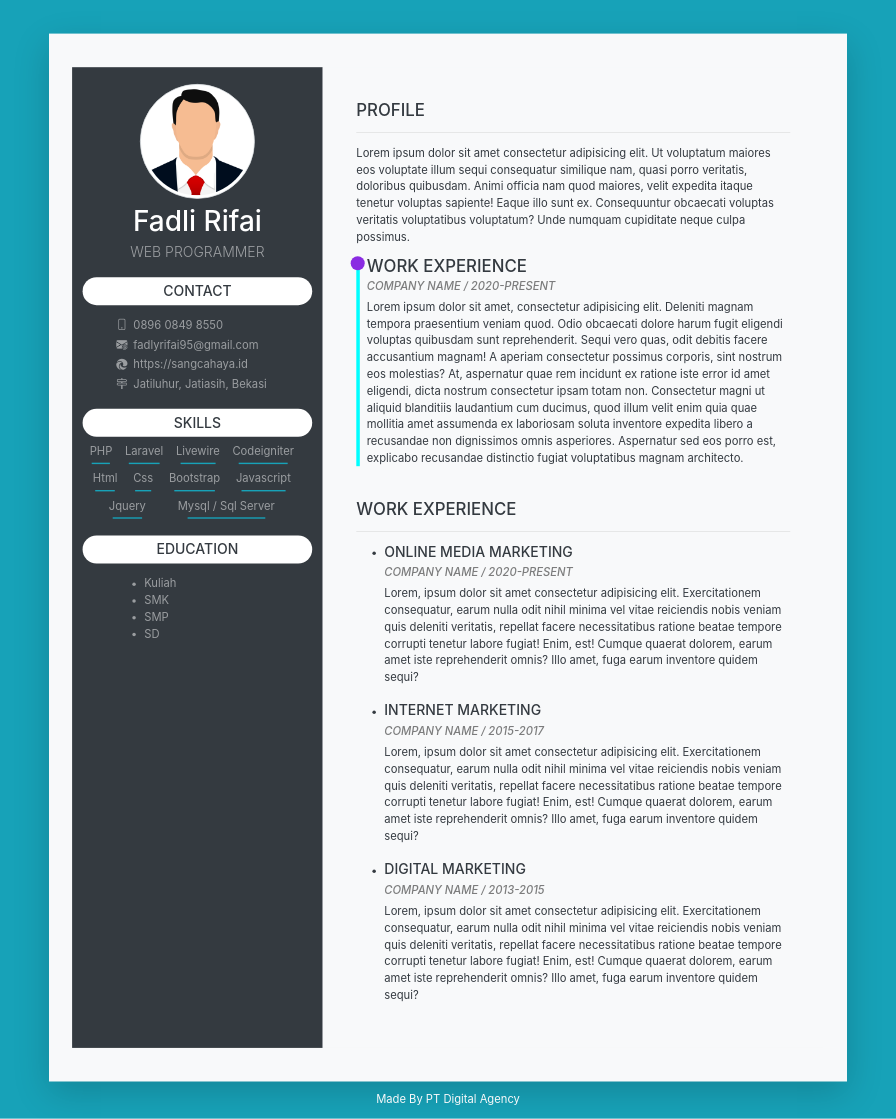
Repository: fadlyyy/fadlyyy.github.io
Page: index.html
The author's editor kept a copy of each file at every save. The page is drawn from the files as they stood at one save, then again after the next save.
The browser window is 1280 px wide. The pictures show the whole page, at 70% of full size.

Above is the page before, as saved 2024-01-31 08:33:00.

### index.html
<!DOCTYPE html>
<html lang="en">

<head>
     <!-- Required meta tags -->
     <meta charset="utf-8" />
     <meta name="viewport" content="width=device-width, initial-scale=1, shrink-to-fit=no" />

     <!-- Bootstrap CSS -->
     <link rel="stylesheet" href="https://cdn.jsdelivr.net/npm/bootstrap@4.6.2/dist/css/bootstrap.min.css"
          integrity="sha384-xOolHFLEh07PJGoPkLv1IbcEPTNtaed2xpHsD9ESMhqIYd0nLMwNLD69Npy4HI+N" crossorigin="anonymous" />

     <!-- Icon -->
     <link rel="stylesheet" href="https://cdn.jsdelivr.net/npm/bootstrap-icons@1.11.3/font/bootstrap-icons.min.css" />

     <link rel="stylesheet" href="style.css" />

     <title>Hello, world!</title>
</head>

<body class="bg-info">
     <div class="container p-5 bg-light mt-5 mb-5 shadow shadow-lg">
          <div class="row">
               <div class="col-lg-4 bg-dark text-white text-center py-4">
                    <div class="header-left">
                         <img src="img/profile.png" alt="" class="img-thumbnail rounded-circle mb-2 w-50 h-50" />
                         <h1 class="display-5">Fadli Rifai</h1>
                         <h4 class="lead text-uppercase text-white-50 mb-4">Web Programmer</h4>
                    </div>

                    <!-- general info -->
                    <div class="general-info">
                         <h5 class="text-uppercase bg-white text-dark py-2 rounded-pill">contact</h5>

                         <ul class="list-unstyled text-white-50 py-2 text-left ml-5">
                              <li class="list-item mb-1">
                                   <p>
                                        <i class="bi bi-phone mr-1"></i> 0896 0849 8550
                                   </p>
                              </li>
                              <li class="list-item mb-1 text-wrap w-75">
                                   <p>
                                        <i class="bi bi-envelope-at-fill mr-1"></i> fadlyrifai95@gmail.com
                                   </p>
                              </li>
                              <li class="list-item mb-1">
                                   <p>
                                        <i class="bi bi-browser-edge mr-1"></i> https://sangcahaya.id
                                   </p>
                              </li>
                              <li class="list-item">
                                   <i class="bi bi-signpost-2 mr-1"></i>
                                   Jatiluhur, Jatiasih, Bekasi
                              </li>
                         </ul>
                    </div>

                    <!-- skills -->
                    <div>
                         <h5 class="text-uppercase bg-white text-dark py-2 rounded-pill">skills</h5>
                         <ul class="list list-unstyled text-white-50 px-2 text-left text-capitalize list-skills">
                              <li class="list-item">PHP</li>
                              <li class="list-item">laravel</li>
                              <li class="list-item">livewire</li>
                              <li class="list-item">codeigniter</li>
                              <li class="list-item">html</li>
                              <li class="list-item">css</li>
                              <li class="list-item">bootstrap</li>
                              <li class="list-item">javascript</li>
                              <li class="list-item">jquery</li>
                              <li class="list-item">mysql / sql server</li>
                         </ul>
                    </div>

                    <!-- educations -->
                    <div>
                         <h5 class="text-uppercase bg-white text-dark py-2 rounded-pill">education</h5>
                         <ul class="list text-white-50 ml-5 py-2 text-left text-capitalize">
                              <li class="list-item">Kuliah</li>
                              <li class="list-item">SMK</li>
                              <li class="list-item">SMP</li>
                              <li class="list-item">SD</li>
                         </ul>
                    </div>
               </div>

               <div class="col-lg-8 bg-light text-dark py-5 px-5 right-side">
                    <div class="header-right">
                         <h4 class="text-uppercase">Profile</h4>
                         <hr />
                         <p>
                              Lorem ipsum dolor sit amet consectetur adipisicing elit. Ut voluptatum maiores eos
                              voluptate illum sequi consequatur similique nam, quasi porro veritatis, doloribus
                              quibusdam. Animi officia nam quod maiores, velit expedita
                              itaque tenetur voluptas sapiente! Eaque illo sunt ex. Consequuntur obcaecati voluptas
                              veritatis voluptatibus voluptatum? Unde numquam cupiditate neque culpa possimus.
                         </p>
                    </div>

                    <div class="work-experience">
                         <div class="list-work">
                              <h4 class="text-uppercase">work experience</h4>
                              <h6 class="text-uppercase text-black-50 font-italic mt-1 mb-2">company name / 2020-present</h6>
                              <p>Lorem ipsum dolor sit amet, consectetur adipisicing elit. Deleniti magnam tempora
                                   praesentium veniam quod. Odio obcaecati dolore harum fugit eligendi voluptas
                                   quibusdam sunt reprehenderit. Sequi vero quas, odit debitis facere accusantium
                                   magnam! A aperiam consectetur possimus corporis, sint nostrum eos molestias? At,
                                   aspernatur quae rem incidunt ex ratione iste error id amet eligendi, dicta nostrum
                                   consectetur ipsam totam non. Consectetur magni ut aliquid blanditiis laudantium cum
                                   ducimus, quod illum velit enim quia quae mollitia amet assumenda ex laboriosam soluta
                                   inventore expedita libero a recusandae non dignissimos omnis asperiores. Aspernatur
                                   sed eos porro est, explicabo recusandae distinctio fugiat voluptatibus magnam
                                   architecto.</p>
                         </div>
                    </div>

                    <div class="mt-5">
                         <h4 class="text-uppercase">work experience</h4>
                         <hr>

                         <ul class="list">
                              <li class="list-item">
                                   <h5 class="display-6 text-uppercase">online media marketing</h5>
                                   <h6 class="text-uppercase text-black-50 font-italic">company name / 2020-present</h6>
                                   <p>Lorem, ipsum dolor sit amet consectetur adipisicing elit. Exercitationem
                                        consequatur, earum nulla odit nihil minima vel vitae reiciendis nobis veniam
                                        quis deleniti veritatis, repellat facere necessitatibus ratione beatae tempore
                                        corrupti tenetur labore fugiat! Enim, est! Cumque quaerat dolorem, earum amet
                                        iste reprehenderit omnis? Illo amet, fuga earum inventore quidem sequi?</p>
                              </li>

                              <li class="list-item mt-4">
                                   <h5 class="display-6 text-uppercase">internet marketing</h5>
                                   <h6 class="text-uppercase text-black-50 font-italic">company name / 2015-2017</h6>
                                   <p>Lorem, ipsum dolor sit amet consectetur adipisicing elit. Exercitationem
                                        consequatur, earum nulla odit nihil minima vel vitae reiciendis nobis veniam
                                        quis deleniti veritatis, repellat facere necessitatibus ratione beatae tempore
                                        corrupti tenetur labore fugiat! Enim, est! Cumque quaerat dolorem, earum amet
                                        iste reprehenderit omnis? Illo amet, fuga earum inventore quidem sequi?</p>
                              </li>

                              <li class="list-item mt-4">
                                   <h5 class="display-6 text-uppercase">digital marketing</h5>
                                   <h6 class="text-uppercase text-black-50 font-italic">company name / 2013-2015</h6>
                                   <p>Lorem, ipsum dolor sit amet consectetur adipisicing elit. Exercitationem
                                        consequatur, earum nulla odit nihil minima vel vitae reiciendis nobis veniam
                                        quis deleniti veritatis, repellat facere necessitatibus ratione beatae tempore
                                        corrupti tenetur labore fugiat! Enim, est! Cumque quaerat dolorem, earum amet
                                        iste reprehenderit omnis? Illo amet, fuga earum inventore quidem sequi?</p>
                              </li>
                         </ul>
                    </div>
               </div>
          </div>
     </div>
     <!-- Optional JavaScript; choose one of the two! -->

     <!-- footer -->
     <div class="footer">
          <p class="text-light text-center text-capitalize" style="margin-top: -35px;">made by PT Digital Agency</p>
     </div>

     <!-- Option 1: jQuery and Bootstrap Bundle (includes Popper) -->
     <script src="https://cdn.jsdelivr.net/npm/jquery@3.5.1/dist/jquery.slim.min.js"
          integrity="sha384-DfXdz2htPH0lsSSs5nCTpuj/zy4C+OGpamoFVy38MVBnE+IbbVYUew+OrCXaRkfj"
          crossorigin="anonymous"></script>
     <script src="https://cdn.jsdelivr.net/npm/bootstrap@4.6.2/dist/js/bootstrap.bundle.min.js"
          integrity="sha384-Fy6S3B9q64WdZWQUiU+q4/2Lc9npb8tCaSX9FK7E8HnRr0Jz8D6OP9dO5Vg3Q9ct"
          crossorigin="anonymous"></script>

     <!-- Option 2: Separate Popper and Bootstrap JS -->
     <!--
    <script src="https://cdn.jsdelivr.net/npm/jquery@3.5.1/dist/jquery.slim.min.js" integrity="sha384-DfXdz2htPH0lsSSs5nCTpuj/zy4C+OGpamoFVy38MVBnE+IbbVYUew+OrCXaRkfj" crossorigin="anonymous"></script>
    <script src="https://cdn.jsdelivr.net/npm/popper.js@1.16.1/dist/umd/popper.min.js" integrity="sha384-9/reFTGAW83EW2RDu2S0VKaIzap3H66lZH81PoYlFhbGU+6BZp6G7niu735Sk7lN" crossorigin="anonymous"></script>
    <script src="https://cdn.jsdelivr.net/npm/bootstrap@4.6.2/dist/js/bootstrap.min.js" integrity="sha384-+sLIOodYLS7CIrQpBjl+C7nPvqq+FbNUBDunl/OZv93DB7Ln/533i8e/mZXLi/P+" crossorigin="anonymous"></script>
    -->
</body>

</html>

### style.css
.general-info ul li p {
    margin: 0;
}

.list-skills {
    display: flex;
    flex-wrap: wrap;
    justify-content: space-evenly;
    align-content: space-around;
}

.list-skills .list-item {
    margin-right: 1rem;
    padding-bottom: .5rem;
}

.list-skills .list-item::after {
    content: '';
    display: block;
    background-color: #17a2b8;
    width: 80%;
    height: 2px;
    margin: auto;
    margin-top: 5px;
}

.work-experience .list-work {
    position: relative;
    z-index: 1;
}

.work-experience .list-work h4,
.work-experience .list-work h6,
.work-experience .list-work p {
    margin: 0;
    padding: 0;
}

.work-experience .list-work h4,
.work-experience .list-work h6,
.work-experience .list-work p {
    margin-left: 15px;
}

.work-experience .list-work::before {
    content: '';
    display: block;
    position: absolute;
    width: 5px;
    top: 5px;
    bottom: 0;
    left: 0;
    background-color: aqua;
    z-index: 3;
}

.work-experience .list-work::after {
    content: '';
    display: block;
    position: absolute;
    width: 20px;
    height: 20px;
    top: 0;
    left: 0;
    background-color: blueviolet;
    z-index: 4;
    border-radius: 50%;
    transform: translateX(-40%);
}

/* Media Query */
/* Extra Large */
@media (max-width: 1200px) {}

/* Laptop */
@media (max-width: 992px) {}

/* Tablet */
@media (max-width: 768px) {}

/* Mobile */
@media (max-width: 576px) {
    .right-side {
        padding-left: 0 !important;
        padding-right: 0 !important;
    }
}

After the next save:
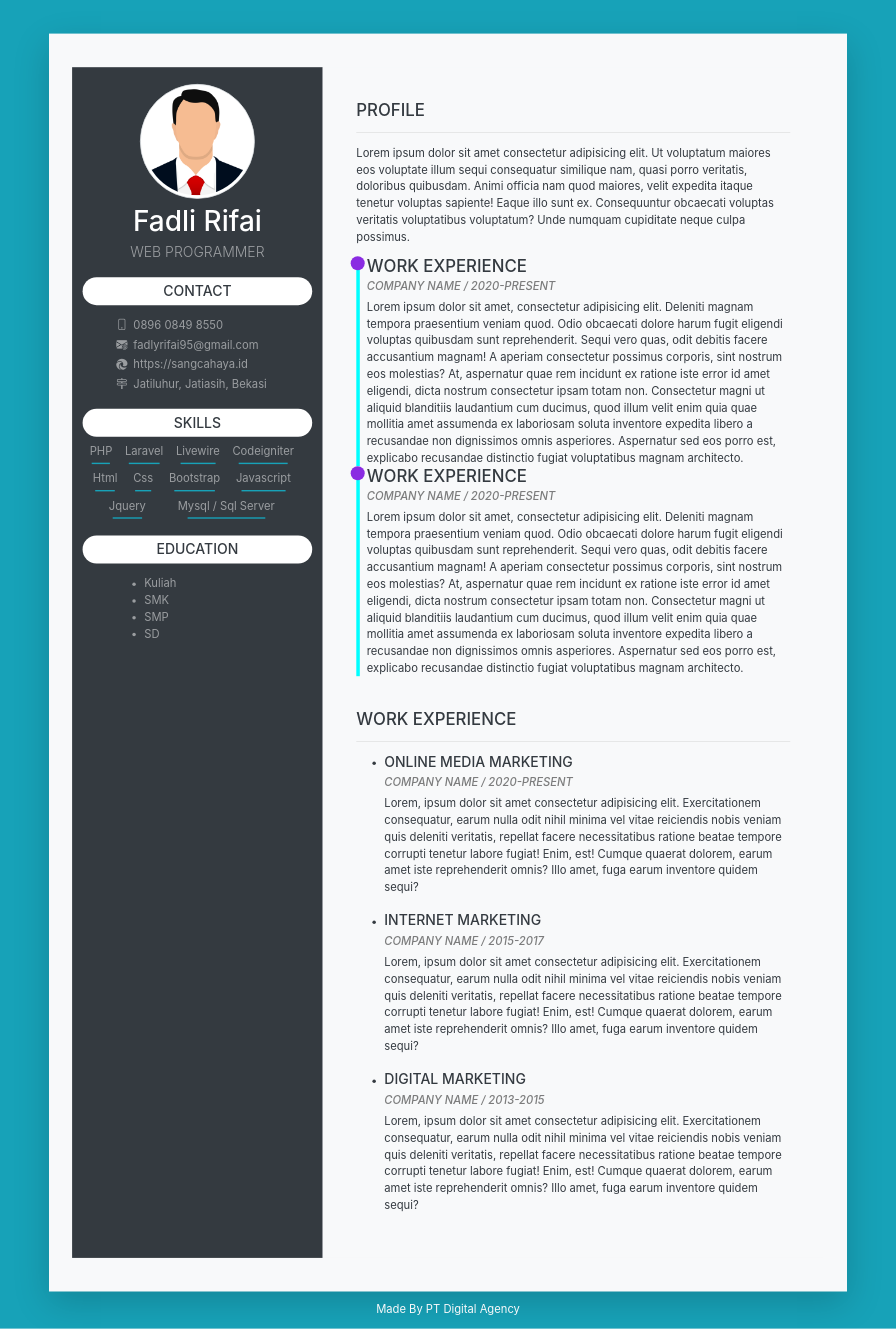
Saved 13 s later.
--- a/index.html
+++ b/index.html
@@ -112,6 +112,20 @@
                                    sed eos porro est, explicabo recusandae distinctio fugiat voluptatibus magnam
                                    architecto.</p>
                          </div>
+                         <div class="list-work">
+                              <h4 class="text-uppercase">work experience</h4>
+                              <h6 class="text-uppercase text-black-50 font-italic mt-1 mb-2">company name / 2020-present</h6>
+                              <p>Lorem ipsum dolor sit amet, consectetur adipisicing elit. Deleniti magnam tempora
+                                   praesentium veniam quod. Odio obcaecati dolore harum fugit eligendi voluptas
+                                   quibusdam sunt reprehenderit. Sequi vero quas, odit debitis facere accusantium
+                                   magnam! A aperiam consectetur possimus corporis, sint nostrum eos molestias? At,
+                                   aspernatur quae rem incidunt ex ratione iste error id amet eligendi, dicta nostrum
+                                   consectetur ipsam totam non. Consectetur magni ut aliquid blanditiis laudantium cum
+                                   ducimus, quod illum velit enim quia quae mollitia amet assumenda ex laboriosam soluta
+                                   inventore expedita libero a recusandae non dignissimos omnis asperiores. Aspernatur
+                                   sed eos porro est, explicabo recusandae distinctio fugiat voluptatibus magnam
+                                   architecto.</p>
+                         </div>
                     </div>
 
                     <div class="mt-5">
